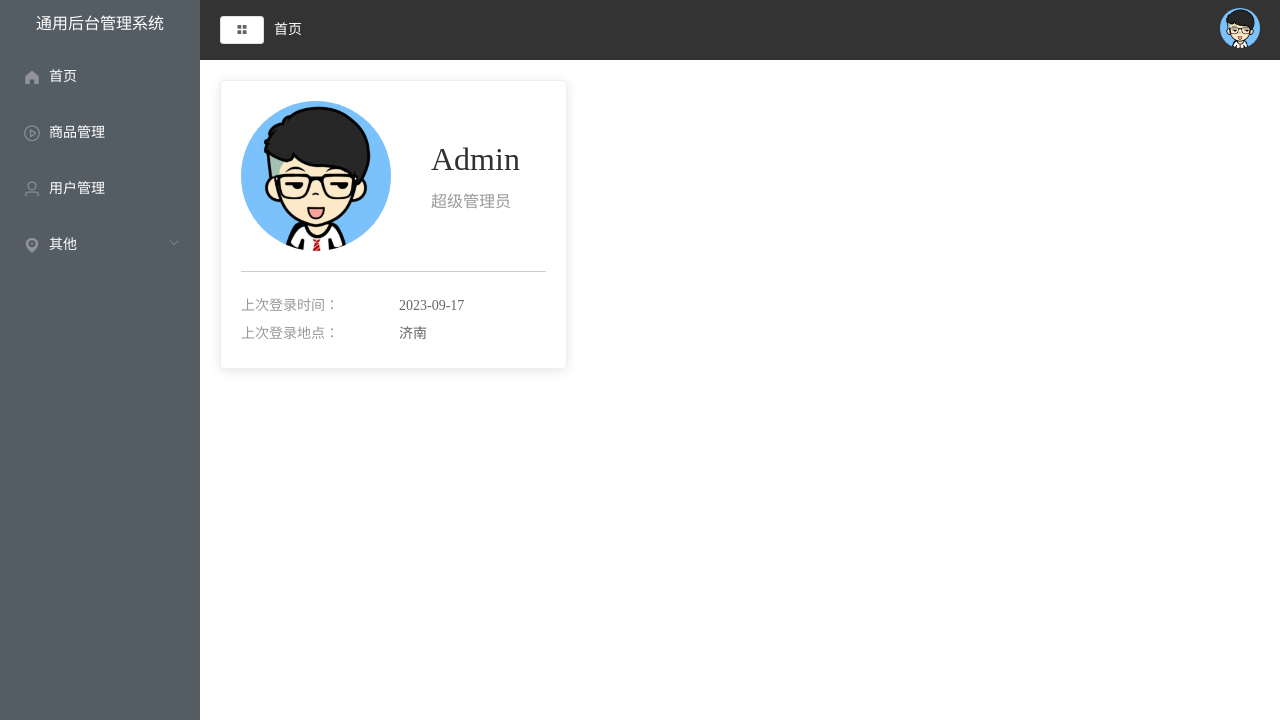
Repository: Francis200214/my-app
Page: /
An editor plug-in stored every save of this project. The page is shown before and after a run of saves, followed by the edit.
The browser window is 1280 px wide. The pictures show the whole page.
The project was rebuilt for these pictures with package versions that can differ from the ones it lists, and the page was loaded fresh each time. Also part of the build but not shown: vue.config.js, src/views/User.vue, src/views/Mall.vue, src/views/other/PageOne.vue, src/views/other/PageTwo.vue.

Above is the page before, as saved 2023-05-22 21:42:23.

### src/main.js
import Vue from 'vue'
import App from './App.vue'
import ElementUI from 'element-ui'

// ElementUI 按需引入
// import { Button,Row } from 'element-ui'


import 'element-ui/lib/theme-chalk/index.css'
// Vue-Router
import router from './router'
// Vuex
import store from './store'


Vue.config.productionTip = false

// 全局引入Element UI
Vue.use(ElementUI);


// 按需引入Element UI
// Vue.use(Row);
// Vue.use(Button);


new Vue({
  router,
  store,
  render: h => h(App),
}).$mount('#app')

### src/App.vue
<template>
  <div id="app">
    <router-view></router-view>
  </div>
</template>

<style lang="less">
  html,body,h3,p {
    margin: 0;
    padding: 0;
  }
</style>

<script>

export default {
  name: 'App'
}
</script>

### src/router/index.js
import Vue from 'vue'
import VueRouter from 'vue-router'

// 1、引入组件
import Main from '../views/Main.vue'
import Home from '../views/Home.vue'
import User from '../views/User.vue'
import Mall from '../views/Mall.vue'
import PageOne from '../views/other/PageOne.vue'
import PageTwo from '../views/other/PageTwo.vue'

// 引入Vue-Router
Vue.use(VueRouter);

// 2、路由与组件映射
const routes = [
    {
        path: '/',
        component: Main,
        // redirect 表示重定向，当路径是 / 的时候就重定向某个路由
        redirect: '/home',
        children: [
            { path: 'home', component: Home }, // 首页
            { path: 'user', component: User }, // 用户管理
            { path: 'mall', component: Mall }, // 商品管理
            { path: 'page1', component: PageOne }, // 页面一
            { path: 'page2', component: PageTwo }, // 页面二
        ]
    }

]

// 3、创建Router实例
const router = new VueRouter({
    routes // (缩写) 相当于 routes: routes
})

// 4、将 router 暴露
export default router

### src/store/index.js
import Vue from 'vue'
import Vuex from 'vuex'
import tab from './tab'

Vue.use(Vuex)


// 创建 Vuex 的实例
// 对外暴露
export default new Vuex.Store({
    modules: {
        tab
    }
})

### src/views/Main.vue
<template>
    <div>
        <el-container>
            <el-aside width="auto">
                <common-aside />
            </el-aside>
            <el-container>
                <el-header>
                    <common-header />
                </el-header>
                <el-main>
                    <router-view></router-view>
                </el-main>
            </el-container>
        </el-container>
    </div>
</template>
<style lang="less" scoped>
.el-header {
    padding: 0;
}
</style>
<script>
import CommonAside from '../components/CommonAside.vue'
import CommonHeader from '../components/CommonHeader.vue'


export default {
    data() {
        return {}
    },
    components: {
        CommonAside,
        CommonHeader
    }
}
</script>

### src/views/Home.vue
<template>
    <el-row>
        <el-col :span="8">
            <el-card class="box-card">
                <div class="user">
                    <img src="../assets/images/user.png" alt="">
                    <div class="userinfo">
                        <p class="name">Admin</p>
                        <p class="access">超级管理员</p>
                    </div>
                </div>

                <div class="login-info">
                    <p>上次登录时间：<span>2023-09-17</span></p>
                    <p>上次登录地点：<span>济南</span></p>
                </div>
            </el-card>
        </el-col>

        <el-col :span="16">
            <div class="grid-content bg-purple-light"></div>
        </el-col>
    </el-row>
</template>

<style lang="less" scoped>
.user {
    display: flex;
    // flex 布局中 主轴垂直居中
    align-items: center;
    padding-bottom: 20px;
    margin-bottom: 20px;
    border-bottom: 1px solid #ccc;

    img {
        width: 150px;
        height: 150px;
        border-radius: 50%;
        margin-right: 40px;
    }

    .userinfo {
        .name {
            font-size: 32px;
            margin-bottom: 10px;
        }

        .access {
            color: #999999;
        }
    }
}

.login-info {
    line-height: 28px;
    font-size: 14px;
    color: #999999;

    span {
        color: #666666;
        margin-left: 60px;
    }
}
</style>

<script>
export default {
    data() {
        return {}
    }
}
</script>

### src/store/tab.js
export default {
    state: {
        isCollapse: false // 用于控制菜单的展开或收起
    },
    mutations: {
        // 修改菜单展开或者收起的方法
        collapseMenu(state) {
            state.isCollapse = !state.isCollapse
        }
    }
}

### src/components/CommonAside.vue
<template>
    <div>
        <el-menu default-active="1-4-1" class="el-menu-vertical-demo" @open="handleOpen" @close="handleClose"
            :collapse="isCollapse" background-color="#545c64" text-color="#fff" active-text-color="#ffd04b">

            <h3>{{ isCollapse ? '后台' : '通用后台管理系统' }}</h3>

            <el-menu-item @click="clickMenu(item)" v-for="item in noChildren" :key="item.name" :index="item.name">
                <i :class="`el-icon-${item.icon}`"></i>
                <span slot="title">{{ item.label }}</span>
            </el-menu-item>

            <el-submenu v-for="item in hasChildren" :key="item.label" :index="item.label">
                <template slot="title">
                    <i :class="`el-icon-${item.icon}`"></i>
                    <span slot="title">{{ item.label }}</span>
                </template>
                <el-menu-item-group v-for="subItem in item.children" :key="subItem.path">
                    <el-menu-item @click="clickMenu(subItem)" :index="subItem.path">{{ subItem.label }}</el-menu-item>
                </el-menu-item-group>
            </el-submenu>
        </el-menu>
    </div>
</template>

<style lang="less" scope>
.el-menu-vertical-demo:not(.el-menu--collapse) {
    width: 200px;
    min-height: 400px;
}

.el-menu {
    height: 100vh;
    border-right: none;

    h3 {
        color: #fff;
        text-align: center;
        line-height: 48px;
        font-size: 16px;
        // 字体粗细
        font-weight: 400;
    }
}
</style>

<script>
export default {
    data() {
        return {
            menuData: [
                {
                    path: '/',
                    name: 'home',
                    label: '首页',
                    icon: 's-home',
                    url: 'Home/Home'
                },
                {
                    path: '/mall',
                    name: 'mall',
                    label: '商品管理',
                    icon: 'video-play',
                    url: 'MallManage/MallManage'
                },
                {
                    path: '/user',
                    name: 'user',
                    label: '用户管理',
                    icon: 'user',
                    url: 'UserManage/UserManage'
                },
                {
                    label: '其他',
                    icon: 'location',
                    children: [
                        {
                            path: '/page1',
                            name: 'page1',
                            label: '页面1',
                            icon: 'setting',
                            url: 'Other/PageOne'
                        },
                        {
                            path: '/page2',
                            name: 'page2',
                            label: '页面2',
                            icon: 'setting',
                            url: 'Other/PageTwo'
                        }
                    ]
                }
            ]
        };
    },
    methods: {
        handleOpen(key, keyPath) {
            console.log(key, keyPath);
        },
        handleClose(key, keyPath) {
            console.log(key, keyPath);
        },
        // 点击菜单
        clickMenu(item) {
            console.log(item)
            // 当页面的路由与我要跳转的路由不一致的时候才允许跳转
            if (this.$route.path !== item.path && !(this.$route.path === '/home' && (item.path === '/'))) {
                // 这里的this代表vue实例
                this.$router.push(item.path)
            }
        }
    },
    computed: {
        // 没有子菜单
        noChildren() {
            return this.menuData.filter(item => !item.children)
        },
        // 有子菜单
        hasChildren() {
            return this.menuData.filter(item => item.children)
        },
        isCollapse() {
            return this.$store.state.tab.isCollapse
        }
    }
}
</script>

### src/components/CommonHeader.vue
<template>
    <div class="header-container">
        <div class="l-content">
            <el-button @click="handleMenu" icon="el-icon-menu" size="mini"></el-button>
            <!-- 面包屑 -->
            <span class="text">首页</span>
        </div>
        <div class="r-content">
            <el-dropdown>
                <span class="el-dropdown-link">
                    <img class="user" src="../assets/images/user.png" alt="">
                </span>
                <el-dropdown-menu slot="dropdown">
                    <el-dropdown-item>个人中心</el-dropdown-item>
                    <el-dropdown-item>退出</el-dropdown-item>
                </el-dropdown-menu>
            </el-dropdown>
        </div>
    </div>
</template>
<style lang="less" scoped>
.header-container {
    padding: 0px 20px;
    background-color: #333;
    height: 60px;
    display: flex;
    // 将元素放到元素主轴的两端
    justify-content: space-between;
    align-items: center;

    .text {
        color: #fff;
        font-size: 14px;
        margin-left: 10px;
    }

    .r-content {
        .user {
            width: 40px;
            height: 40px;
            border-radius: 50%;
        }
    }
}
</style>
<script>
export default {
    data() {
        return {}
    },
    methods: {
        handleMenu() {
            this.$store.commit('collapseMenu')
        }
    }
}
</script>

Loaded but not shown: public/index.html (common file)

After the next 2 saves:
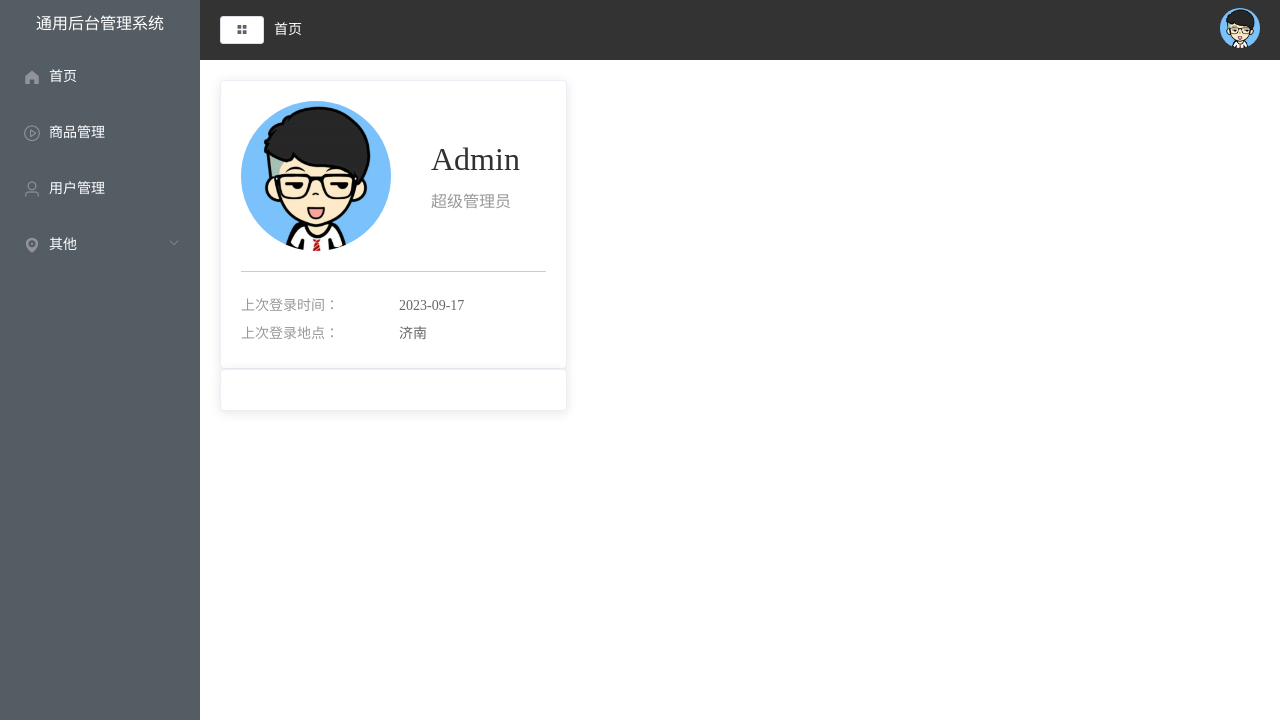
The 2 saves are shown as one change because they came seconds apart.
The last was saved 6 min 13 s later.
--- a/src/views/Home.vue
+++ b/src/views/Home.vue
@@ -14,6 +14,10 @@
                     <p>上次登录时间：<span>2023-09-17</span></p>
                     <p>上次登录地点：<span>济南</span></p>
                 </div>
+            </el-card>
+
+            <el-card class="box-card">
+
             </el-card>
         </el-col>
 
